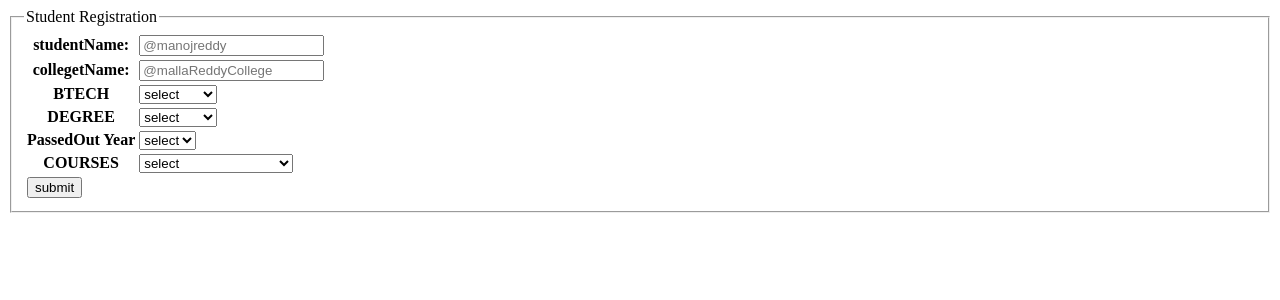
Repository: JanapatlaManojReddy/java
Page: http://localhost/institutionProject/StudentRegistration.jsp
These files come from the project's save history. The page is drawn as it stood at one moment and after the next save; the edit follows.
The browser window is 1280 px wide. The pictures show the whole page.
The page is served by Tomcat 9. Other server files are loaded and not shown.

Above is the page before, as saved 2023-08-19 13:01:13.

### institutionProject/src/main/webapp/StudentRegistration.jsp
<%@ page language="java" contentType="text/html; charset=ISO-8859-1"
    pageEncoding="ISO-8859-1"%>
<!DOCTYPE html>
<html>
<head>
<meta charset="ISO-8859-1">
<title>Insert title here</title>
</head>
<body>
<form>
<fieldSet action="studentServlet">
<legend>Student Registration</legend>
<div>
<table>

<tr>
<th>
<lable for="sname">studentName:</lable>
</th>

<td>
<input type="text" name="studentName" placeholder="@manojreddy" required autocomplete="off">
</td>
</tr>

<tr>

<th>
<lable for="cname" align="left">collegetName:</lable></th>
<td>
<input type="text" name="collegeName" placeholder="@mallaReddyCollege" required>
</td>

</tr>


<tr>
<th>
<lable for="stream" align="left">BTECH</lable>
</th>
<td>
<select id ="stream" name="stream" >
<option value="select" selected>select</option>
<option value ="EEE">EEE</option>
<option value ="ECE">ECE</option>
<option value ="CSE">CSE</option>
<option value ="CIVIL">CIVIL</option>
<option value ="MECH">MECH</option>
<option value ="OTHERS">OTHERS</option>
</select>
</td>
</tr>
<tr>
<th>
<lable for="stream">DEGREE</lable></th>
<td>
<select id ="stream" name="stream" >
<option value="select" selected>select</option>
<option value ="EEE">EEE</option>
<option value ="ECE">ECE</option>
<option value ="CSE">CSE</option>
<option value ="CIVIL">CIVIL</option>
<option value ="MECH">MECH</option>
<option value ="OTHERS">OTHERS</option>
</select>
</td>
</tr>
<tr>
<th>
<lable for="pyear">PassedOut Year</lable>
</th>
<td>
<select id="pyear" name="pyear">
<option value="select" selected>select</option>
<option value="2018">2018</option>
<option value="2019">2019</option>
<option value="2020">2020</option>
<option value="2021">2021</option>
<option value="2022">2022</option>
<option value="2023">2023</option>


</select>
</td>
</tr>
<tr>
<th>
<lable for="courses">COURSES</lable></th>
<td>
<select id ="courses" name="courses">
<option value="select" selected>select</option>
<option value="JAVAFULLSTACK">JAVAFULLSTACK </option>
<option value="PYTHONFULLSTACK">PYTHONFULLSTACK </option>
<option value="JAVA">JAVA</option>
<option value="HTML/CSS">HTML/CSS </option>
<option value="ANGULAR/REACT">ANGULAR/REACT </option>
</select>
</td>
</tr>
<tr>
<td>
<input type="submit" value="submit">
</td>
</tr>

</table>
</div>

</fieldSet>
</form>

</body>
</body>
</html>

After the next save:
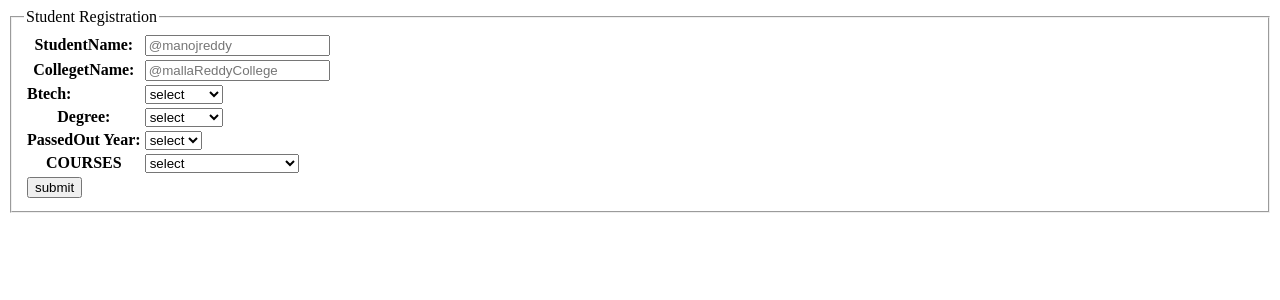
Saved 77 s later.
--- a/institutionProject/src/main/webapp/StudentRegistration.jsp
+++ b/institutionProject/src/main/webapp/StudentRegistration.jsp
@@ -15,7 +15,7 @@
 
 <tr>
 <th>
-<lable for="sname">studentName:</lable>
+<lable for="sname">StudentName:</lable>
 </th>
 
 <td>
@@ -26,7 +26,7 @@
 <tr>
 
 <th>
-<lable for="cname" align="left">collegetName:</lable></th>
+<lable for="cname" align="left">CollegetName:</lable></th>
 <td>
 <input type="text" name="collegeName" placeholder="@mallaReddyCollege" required>
 </td>
@@ -35,8 +35,8 @@
 
 
 <tr>
-<th>
-<lable for="stream" align="left">BTECH</lable>
+<th align="left">
+<lable for="stream" >Btech:</lable>
 </th>
 <td>
 <select id ="stream" name="stream" >
@@ -52,7 +52,7 @@
 </tr>
 <tr>
 <th>
-<lable for="stream">DEGREE</lable></th>
+<lable for="stream">Degree:</lable></th>
 <td>
 <select id ="stream" name="stream" >
 <option value="select" selected>select</option>
@@ -67,7 +67,7 @@
 </tr>
 <tr>
 <th>
-<lable for="pyear">PassedOut Year</lable>
+<lable for="pyear">PassedOut Year:</lable>
 </th>
 <td>
 <select id="pyear" name="pyear">
